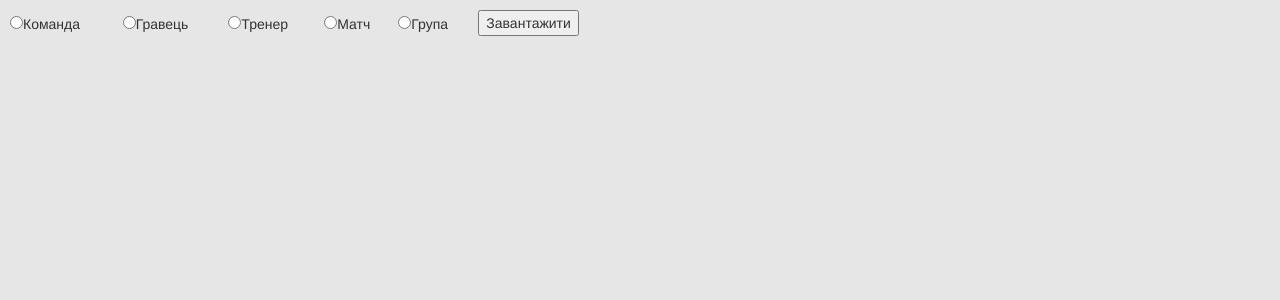
Repository: polik1996/StatisticManager
Page: StatisticsManager/WebContent/menuMain.html
An editor plug-in stored every save of this project. The page is shown before and after the next save, followed by the edit.
The browser window is 1280 px wide. The pictures show the whole page.

Above is the page before, as saved 2016-06-14 09:22:44.
Console error (its wording comes from the project's code and is left out).

After the next save:
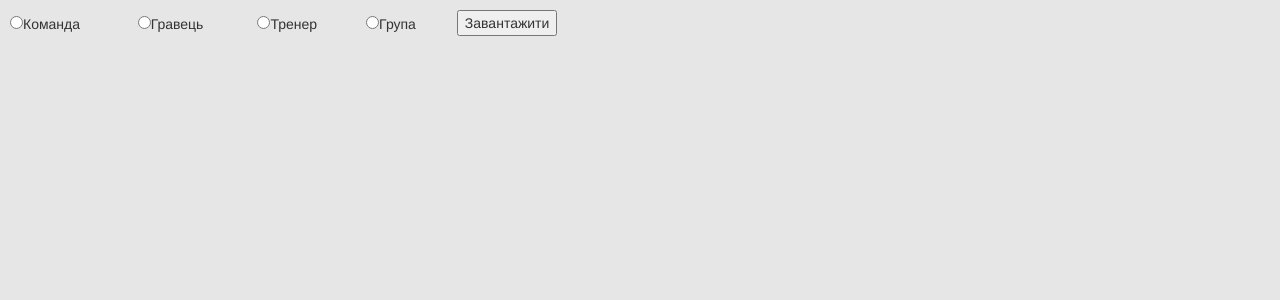
Saved 98 min 23 s later.
--- a/StatisticsManager/WebContent/menuMain.html
+++ b/StatisticsManager/WebContent/menuMain.html
@@ -22,7 +22,6 @@
 <td><input type="radio" class="active"  name="tableName" value="Team">Команда</td>
 <td><input type="radio" class="active"  name="tableName" value="Player">Гравець</td>
 <td><input type="radio" class="active"  name="tableName" value="Coach">Тренер</td>
-<td><input type="radio" class="active"  name="tableName" value="Game">Матч</td>
 <td><input type="radio" class="active"  name="tableName" value="Group">Група</td>
 <td><input input  type="submit" style="overflow:hidden"  style ="color:white;"
 						value="Завантажити"></td>
